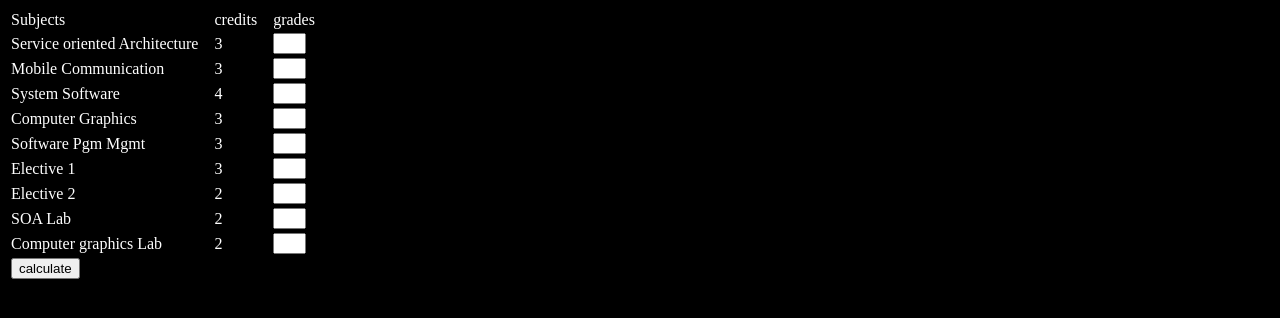
Repository: vigineshs/Mobile-Applications
Page: AnnaUniv GPA Calc/AnnaUniv GPA Calculator w/assets/www/it08sem7.html
The author's editor kept a copy of each file at every save. The page is drawn from the files as they stood at one save, then again after the next save.
The browser window is 1280 px wide. The pictures show the whole page.

Above is the page before, as saved 2012-05-03 17:09:02.

After the next save:
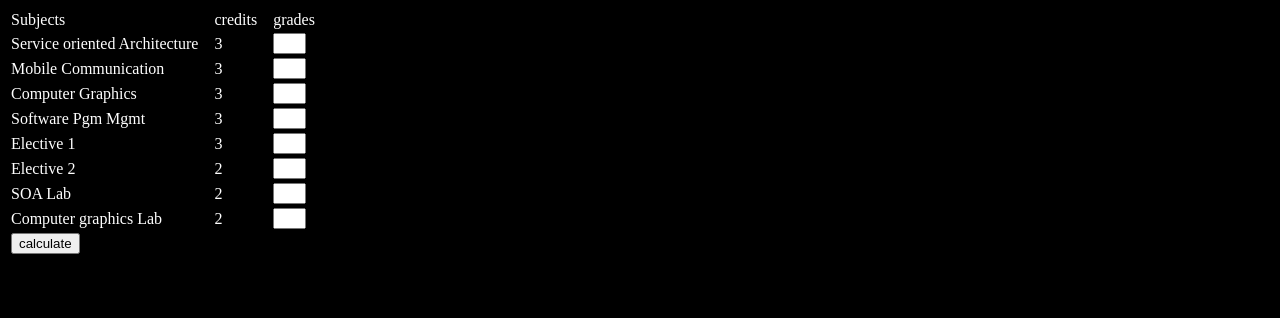
Saved 47 s later.
--- a/AnnaUniv GPA Calc/AnnaUniv GPA Calculator w/assets/www/it08sem7.html
+++ b/AnnaUniv GPA Calc/AnnaUniv GPA Calculator w/assets/www/it08sem7.html
@@ -210,13 +210,12 @@ window.alert(s1/credits);
 <tr>
 <td>Service oriented Architecture</td><td>&nbsp;&nbsp;&nbsp;3</td> <td>&nbsp;&nbsp;&nbsp;<input type="text" size="1" name="t1" /></td></tr>
 <tr><td>Mobile Communication</td><td>&nbsp;&nbsp;&nbsp;3</td> <td>&nbsp;&nbsp;&nbsp;<input type="text" size="1" name="t2" /></td></tr>
-<tr><td>System Software </td><td>&nbsp;&nbsp;&nbsp;4</td><td>&nbsp;&nbsp;&nbsp;<input type="text" size="1" name="t3" /></td></tr>
-<tr><td>Computer Graphics</td> <td>&nbsp;&nbsp;&nbsp;3</td><td>&nbsp;&nbsp;&nbsp;<input type="text" size="1" name="t4" /></td></tr>
-<tr><td>Software Pgm Mgmt</td><td>&nbsp;&nbsp;&nbsp;3</td> <td>&nbsp;&nbsp;&nbsp;<input type="text" size="1" name="t5" /></td></tr>
-<tr><td>Elective 1</td> <td>&nbsp;&nbsp;&nbsp;3</td><td>&nbsp;&nbsp;&nbsp;<input type="text" size="1" name="t6" /></td></tr>
-<tr><td>Elective 2</td><td>&nbsp;&nbsp;&nbsp;2</td> <td>&nbsp;&nbsp;&nbsp;<input type="text" size="1" name="t7" /></td></tr>
-<tr><td>SOA Lab</td><td>&nbsp;&nbsp;&nbsp;2</td> <td>&nbsp;&nbsp;&nbsp;<input type="text" size="1" name="t8" /></td></tr>
-<tr><td>Computer graphics Lab</td><td>&nbsp;&nbsp;&nbsp;2</td> <td>&nbsp;&nbsp;&nbsp;<input type="text" size="1" name="t9" /></td></tr>
+<tr><td>Computer Graphics</td> <td>&nbsp;&nbsp;&nbsp;3</td><td>&nbsp;&nbsp;&nbsp;<input type="text" size="1" name="t3" /></td></tr>
+<tr><td>Software Pgm Mgmt</td><td>&nbsp;&nbsp;&nbsp;3</td> <td>&nbsp;&nbsp;&nbsp;<input type="text" size="1" name="t4" /></td></tr>
+<tr><td>Elective 1</td> <td>&nbsp;&nbsp;&nbsp;3</td><td>&nbsp;&nbsp;&nbsp;<input type="text" size="1" name="t5" /></td></tr>
+<tr><td>Elective 2</td><td>&nbsp;&nbsp;&nbsp;2</td> <td>&nbsp;&nbsp;&nbsp;<input type="text" size="1" name="t6" /></td></tr>
+<tr><td>SOA Lab</td><td>&nbsp;&nbsp;&nbsp;2</td> <td>&nbsp;&nbsp;&nbsp;<input type="text" size="1" name="t7" /></td></tr>
+<tr><td>Computer graphics Lab</td><td>&nbsp;&nbsp;&nbsp;2</td> <td>&nbsp;&nbsp;&nbsp;<input type="text" size="1" name="t8" /></td></tr>
 <tr colspan="2"><td><input type="submit" onclick="f();" value="calculate" /></td></tr>
 
 </table>
